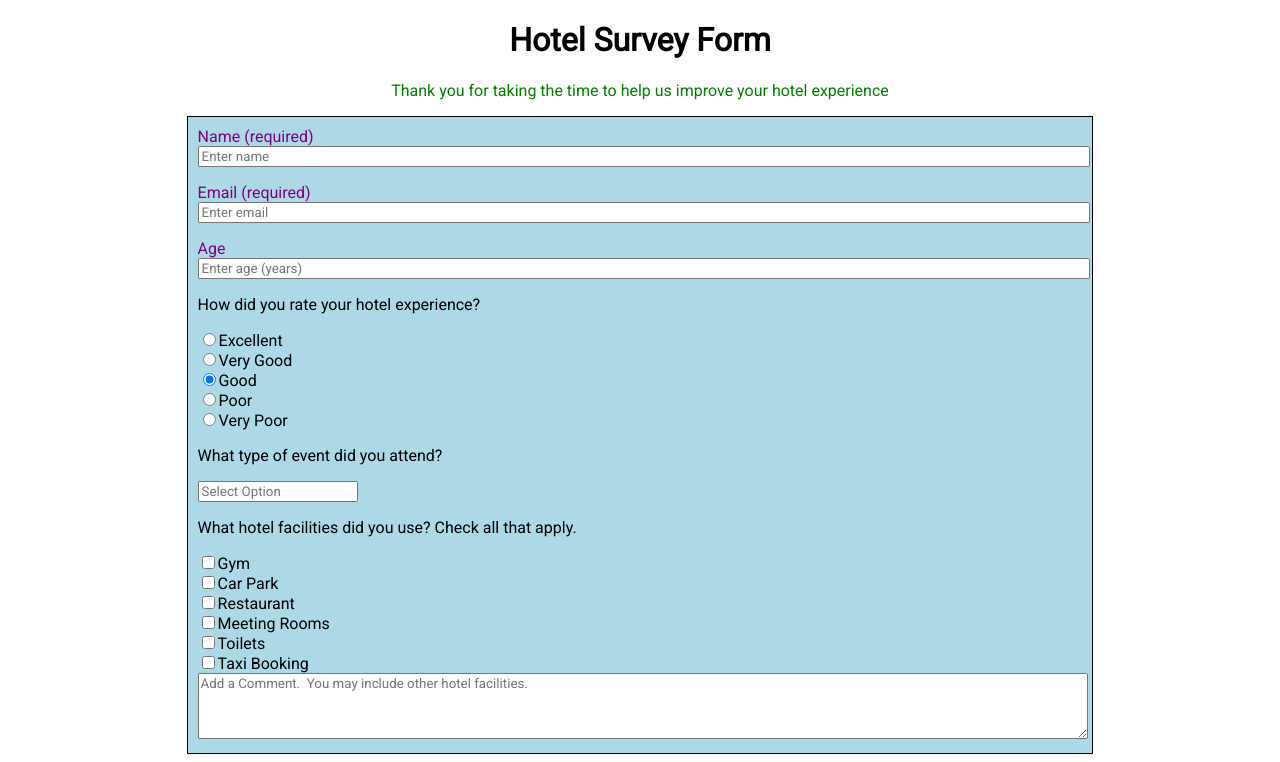
Repository: derektypist/survey-form
Page: index.html
The author's editor kept a record of every edit. The page is drawn from the files as they stood at one moment, then again after the next edit.
The browser window is 1280 px wide. The pictures show the whole page.

Above is the page before.

After the next edit:
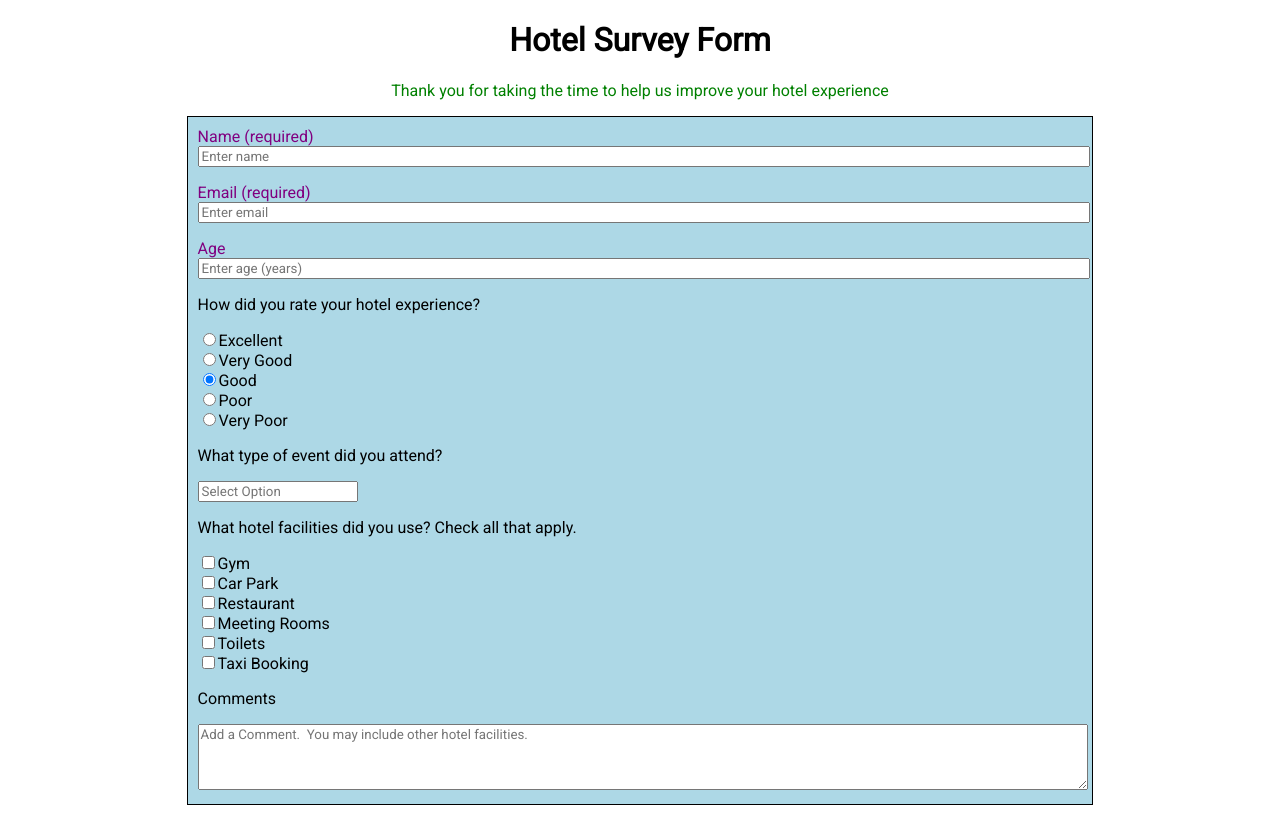
The edit:
--- a/index.html
+++ b/index.html
@@ -149,7 +149,7 @@
                 <br>
                 <input type="checkbox" name="facility6" value="Taxi Booking">Taxi Booking
                 <br>
-
+                <p>Comments</p>
                 <!-- Provide textarea -->
                 <textarea placeholder="Add a Comment.  You may include other hotel facilities." rows="4"></textarea>
             </form>
